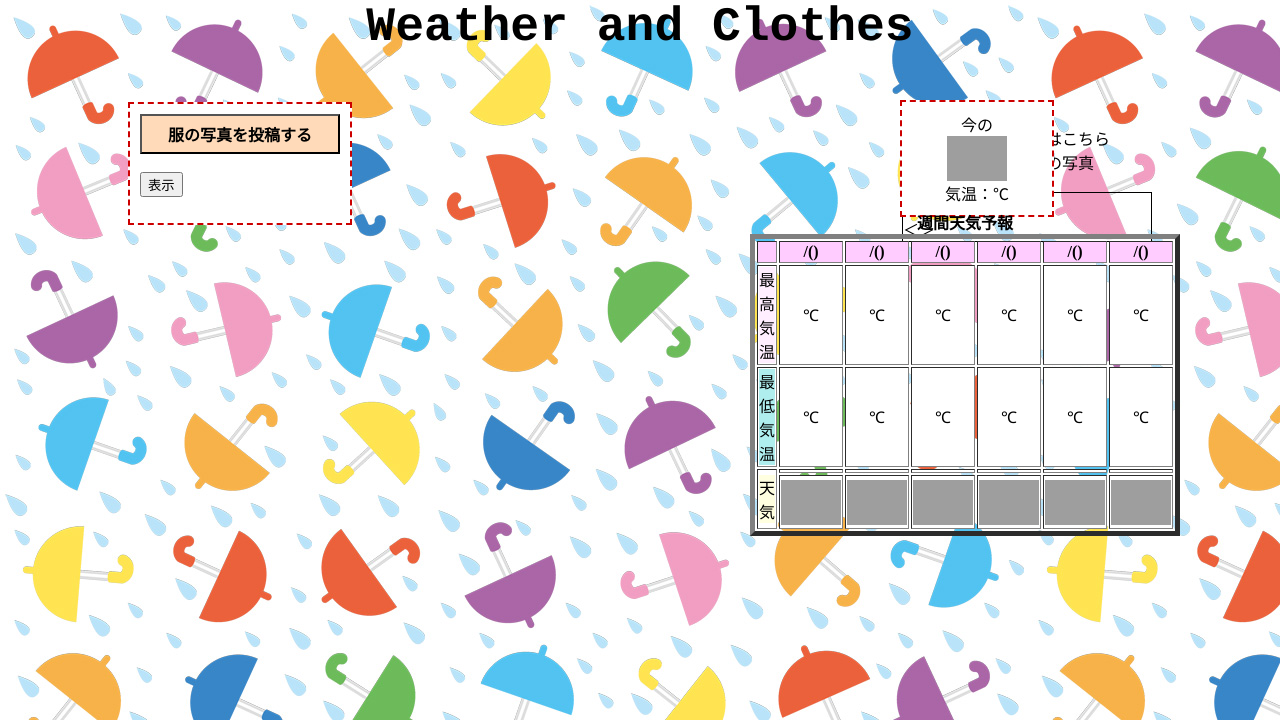
Repository: onoryo/DjangoProject
Page: clothes/templates/clothes/home.html
The author's editor kept a record of every edit. The page is drawn from the files as they stood at one moment, then again after the next edit.
The browser window is 1280 px wide. The pictures show the whole page.
Pictures or frames that could not be fetched are drawn as grey boxes. The page is served by the project's application, run on Django 2.2 (manage.py). The template is opened directly, without the code that normally fills it, so the values that code supplies are empty.

Above is the page before.

After the next edit:
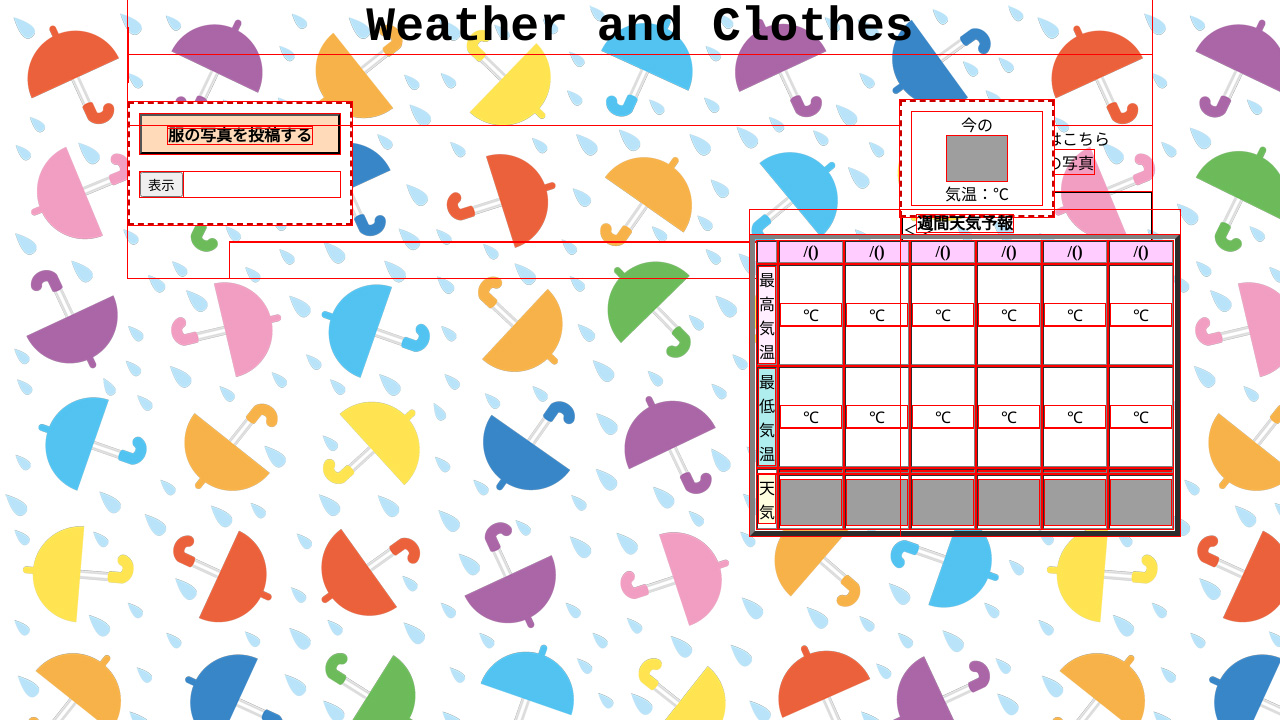
The edit:
--- a/clothes/templates/clothes/home.html
+++ b/clothes/templates/clothes/home.html
@@ -6,11 +6,11 @@
         <title>Weather and Clothes</title>
         <meta name="viewport" content="width=device-width,initial-scale=1.0">
         <!--各ボックスを確認するためのスタイル-->
-        <!--<style type="text/css">-->
-        <!--    /* {-->
-        <!--        outline: 1px solid #ff0000;-->
-        <!--    }-->
-        <!--</style>-->
+        <style type="text/css">
+            * {
+                outline: 1px solid #ff0000;
+            }
+        </style>
     </head>
 
     <body>
